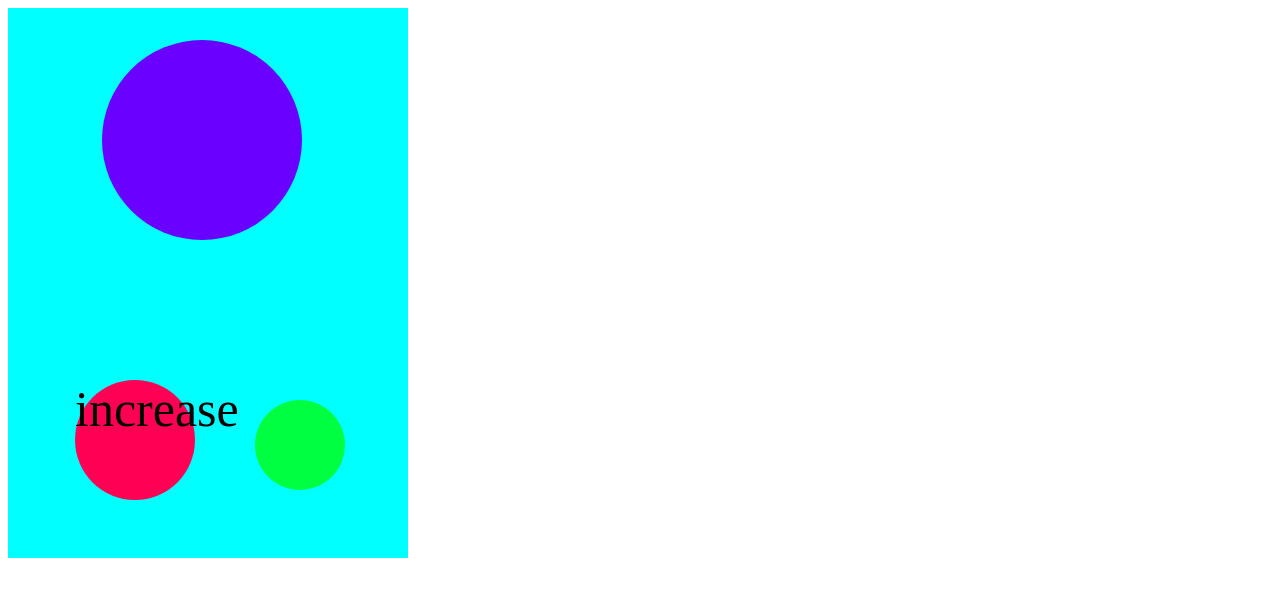
Repository: sara55m/Counter_App
Page: index.html
An editor plug-in stored every save of this project. The page is shown before and after a run of saves, followed by the edit.
The browser window is 1280 px wide. The pictures show the whole page.

Above is the page before, as saved 2024-07-30 03:25:31.

### index.html
<!DOCTYPE html>
<html lang="en">
<head>
    <meta charset="UTF-8">
    <meta name="viewport" content="width=device-width, initial-scale=1.0">
    <title>Document</title>
    <link rel="stylesheet" href="css/style.css">
</head>
<body>
    <div class="container">
        <div class="main" id="main"></div>
        <div class="increase" id="increase" onclick="increase()">increase</div>
        <div class="reset" onclick="reset_1()"></div>
    </div>
    <script src="js/script.js"></script>
</body>
</html>

### css/style.css
.container{
    height:550px;
    width:400px;
    background-color: aqua;
}

.main{
    position:absolute;
    top:40px;
    left:102px;
    height:200px;
    width:200px;
    border-radius: 50%;
    background-color: rgb(106, 0, 255);
    text-align: center;
    font-size: 50px;
}


.increase{
    position:absolute;
    top:380px;
    left:75px;
    height:120px;
    width:120px;
    border-radius: 50%;
    background-color: rgb(255, 0, 85);
    text-align: center;
    font-size: 50px;
}


.reset{
    position:absolute;
    top:400px;
    left:255px;
    height:90px;
    width:90px;
    border-radius: 50%;
    background-color: rgb(0, 255, 64);
}

### js/script.js
let count=0;
let count1=0;
function increase(){
    count+=1;
    count1+=1;
    document.getElementById("increase").innerHTML=count;
    document.getElementById("main").innerHTML=count1;

}


function reset_1(){
    let count=0;
    let x=document.getElementById("main").innerHTML=count;

}

After the next 2 saves:
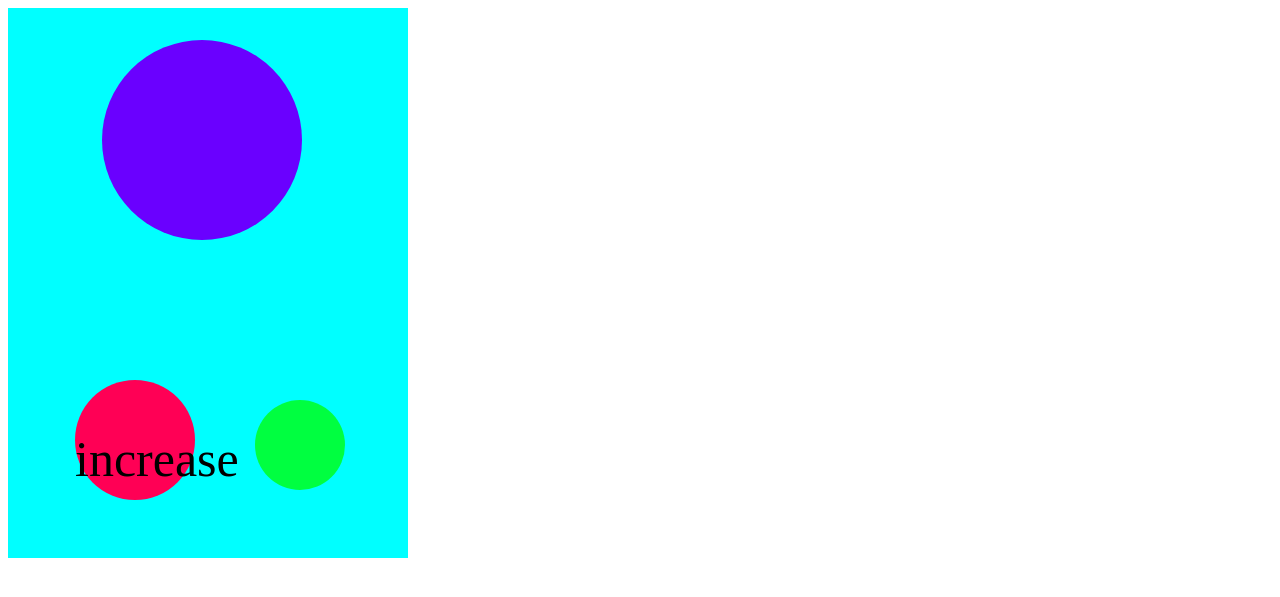
The 2 saves are shown as one change because they came seconds apart.
The last was saved 40 s later.
--- a/index.html
+++ b/index.html
@@ -9,7 +9,7 @@
 <body>
     <div class="container">
         <div class="main" id="main"></div>
-        <div class="increase" id="increase" onclick="increase()">increase</div>
+        <div class="increase" id="increase" onclick="increase()"><p>increase</p></div>
         <div class="reset" onclick="reset_1()"></div>
     </div>
     <script src="js/script.js"></script>
